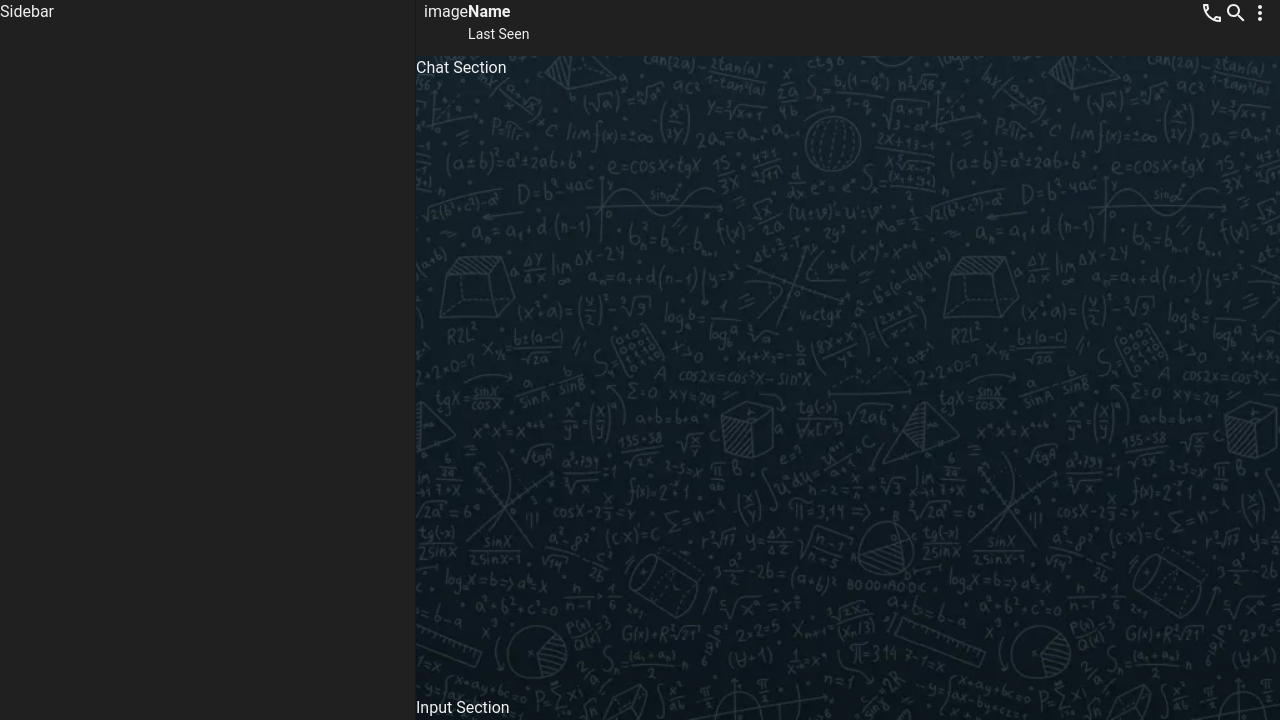
Repository: Qu4ntumGuy/telegram-clone
Page: /
The author's editor kept a copy of each file at every save. The page is drawn from the files as they stood at one save, then again after the next save.
The browser window is 1280 px wide. The pictures show the whole page.
The project was rebuilt for these pictures with package versions that can differ from the ones it lists, and the page was loaded fresh each time. Also part of the build but not shown: src/Utils/ContextProvider.js, src/Pages/ChatPage.js/ChatPage.js.

Above is the page before, as saved 2024-07-15 12:03:16.

### src/index.css
@tailwind base;
@tailwind components;
@tailwind utilities;

:root {
  font-family: "Roboto", sans-serif;
  color-scheme: light;
  body {
    @apply bg-[#181818] text-[#f0f0f0];
  }
}
/*
:root {
  @apply bg-[#181818];
} */

### src/App.js
import { Routes, BrowserRouter, Route } from "react-router-dom";
import Sidebar from "./Components/Sidebar";
import Home from "./Pages/Home/Home";
import ChatPage from "./Pages/ChatPage.js/ChatPage";

function App() {
  return (
    <div className="flex max-w-[105rem] mx-auto">
      <Sidebar />
      <BrowserRouter>
        <Routes>
          <Route path="/" element={<Home />} />
          <Route path="/k/:id" element={<ChatPage />} />
        </Routes>
      </BrowserRouter>
      {/* <Home /> */}
    </div>
  );
}

export default App;

### src/Components/Sidebar.js
import React from "react";
import { useComponentContext } from "../Utils/ContextProvider";

function Sidebar() {
  const context = useComponentContext();
  return (
    <div className="w-full md:max-w-[26rem] bg-[#202020] border-r border-[#181818] h-screen">
      Sidebar
    </div>
  );
}

export default Sidebar;

### src/Pages/Home/Home.js
import React from "react";
import backgroundImage from "../../Assets/Desktop.webp";
import Topbar from "../../Components/Topbar";

function Home() {
  const image =
    "https://blog.1a23.com/wp-content/uploads/sites/2/2020/02/pattern_02-150x150.png";

  //   const divStyle = {
  //     width: "100%",
  //     height: "100vh", // Adjust the height as needed
  //     backgroundImage: `url(${backgroundImage})`,
  //     backgroundSize: "cover", // Ensures the image covers the entire div
  //     backgroundPosition: "center", // Centers the image
  //   };
  return (
    <div
      className="md:flex flex-col justify-center bg-cover h-screen hidden md:w-full "
      style={{ backgroundImage: `url(${backgroundImage})` }}
    >
      <div className="top-0 mb-auto h-14 bg-[#202020]">
        <Topbar />
      </div>
      <div className="flex flex-col h-full">
        <div className="top-0">Chat Section</div>
        <div className="bottom-0 mt-auto">Input Section</div>
      </div>
    </div>
  );
}

export default Home;

### src/Components/Topbar.js
import React from "react";
import CallOutlinedIcon from "@mui/icons-material/CallOutlined";
import SearchIcon from "@mui/icons-material/Search";
import MoreVertIcon from "@mui/icons-material/MoreVert";

function Topbar() {
  return (
    <div className="flex px-2 h-14">
      <div className="flex-1 flex">
        <div>image</div>
        <div className="flex flex-col">
          <div className="font-semibold">Name</div>
          <div className="text-sm"> Last Seen</div>
        </div>
      </div>
      <div className="flex">
        <div>
          <CallOutlinedIcon />
        </div>
        <div>
          <SearchIcon />
        </div>
        <div>
          <MoreVertIcon />
        </div>
      </div>
    </div>
  );
}

export default Topbar;

Loaded but not shown: public/index.html (common file); src/index.js (common file); src/reportWebVitals.js (common file); tailwind.config.js (common file)

After the next save:
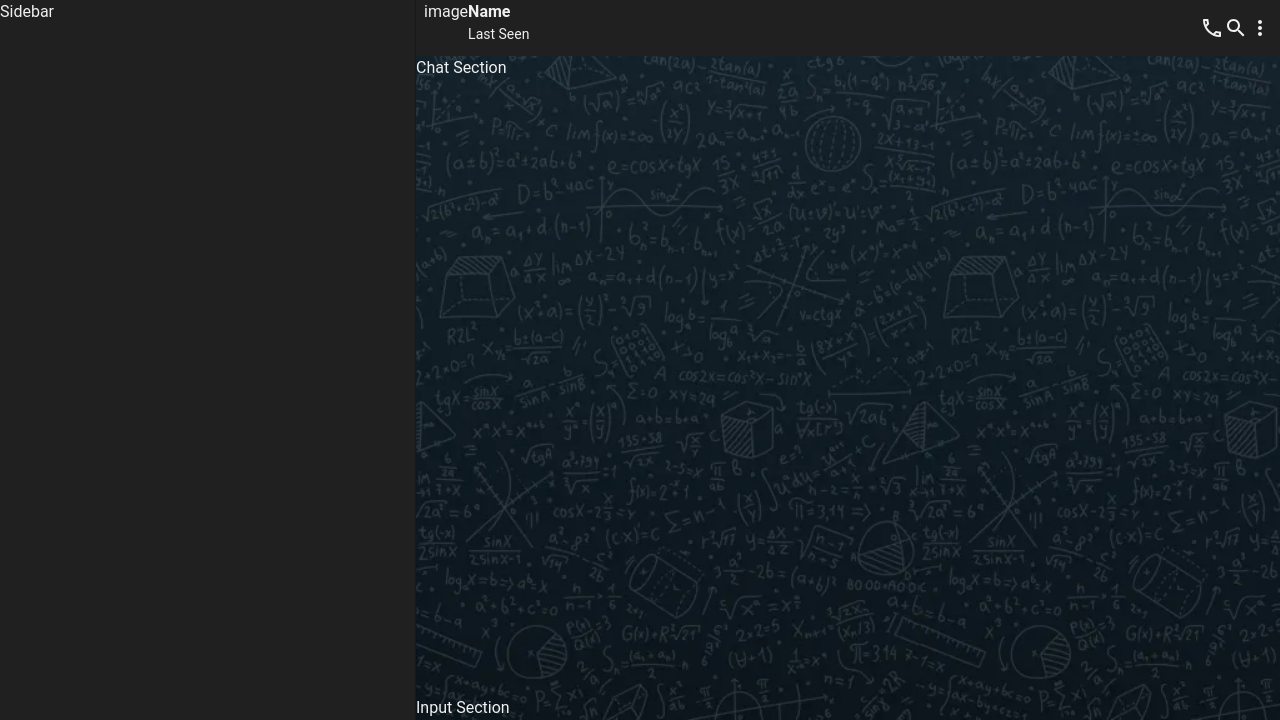
Saved 20 s later.
--- a/src/Components/Topbar.js
+++ b/src/Components/Topbar.js
@@ -13,7 +13,7 @@ function Topbar() {
           <div className="text-sm"> Last Seen</div>
         </div>
       </div>
-      <div className="flex">
+      <div className="flex items-center">
         <div>
           <CallOutlinedIcon />
         </div>
